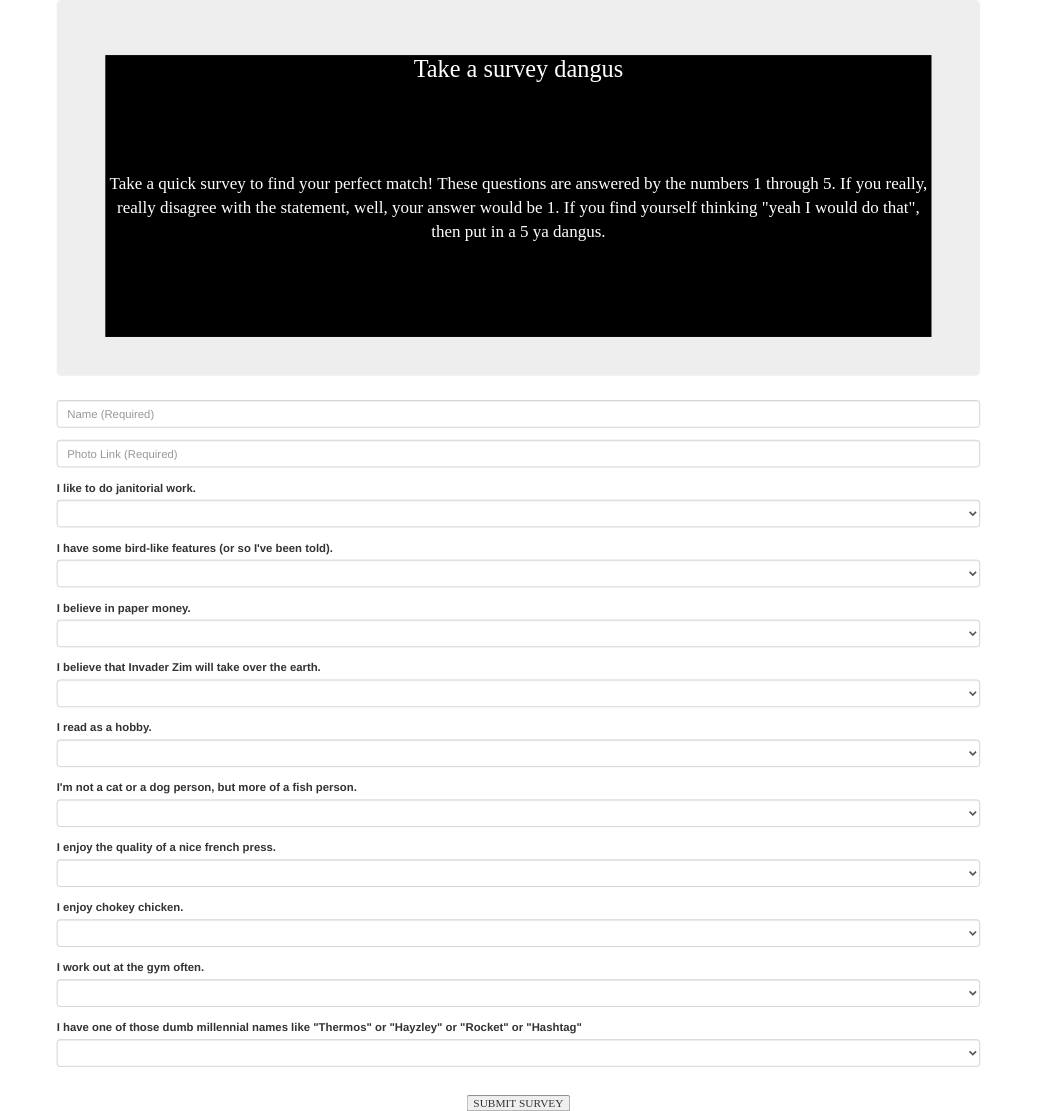
Repository: kcummings1/Mate-Matcher
Page: public/survey.html
The author's editor kept a copy of each file at every save. The page is drawn from the files as they stood at one save, then again after the next save.
The browser window is 1280 px wide. The pictures show the whole page, at 81% of full size.
Some web libraries are served in a nearby version.

Above is the page before, as saved 2019-10-05 13:58:54.
Console error: ReferenceError: config is not defined

After the next save:
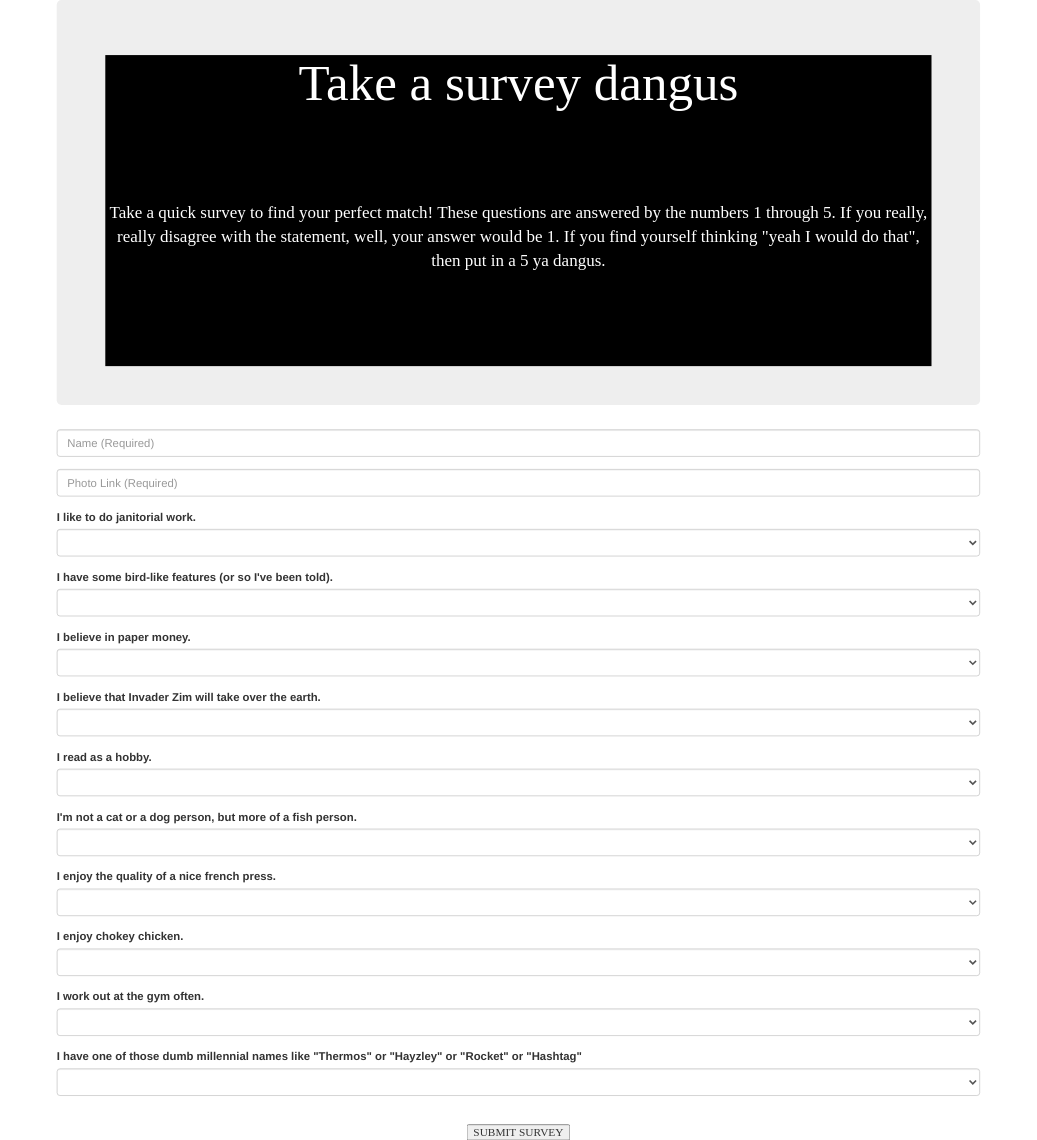
Saved 12 s later.
--- a/public/survey.html
+++ b/public/survey.html
@@ -15,7 +15,7 @@
     <div class="container">
         <div class="jumbotron">
                 <div class="title" style="background-color: #000;">
-                <h2>Take a survey dangus</h2> <br>
+                <h1>Take a survey dangus</h1> <br>
             <p>Take a quick survey to find your perfect match! These questions are answered by the numbers 1 through 5.
                 If
                 you really, really disagree with the statement, well, your answer would be 1. If you find yourself
